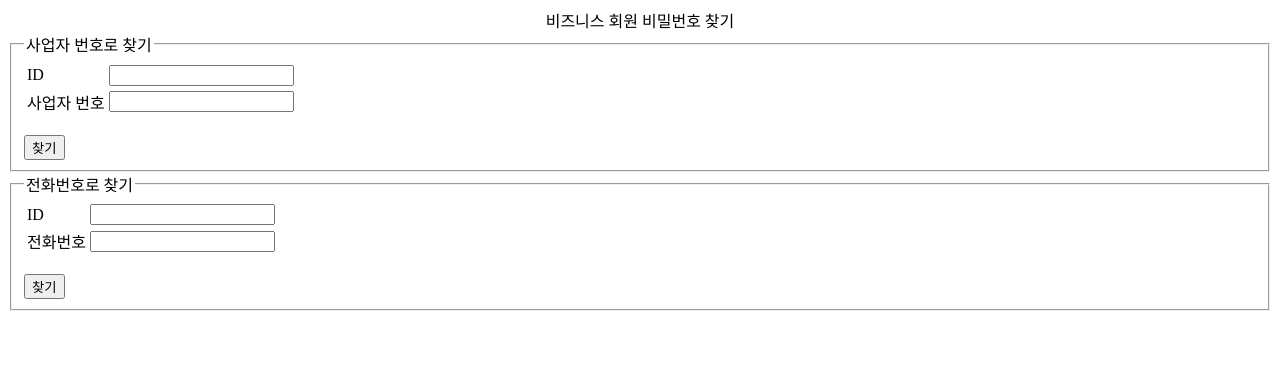
Repository: chmyj2/Team2_Final-project
Page: http://localhost/FinalProject/WEB-INF/views/2Team/t2login/t2_businessFindPW.jsp
An editor plug-in stored every save of this project. The page is shown before and after the next save, followed by the edit.
The browser window is 1280 px wide. The pictures show the whole page.
The page is served by Tomcat 9. Nobody is signed in. The template is opened directly, without the code that normally fills it, so the values that code supplies are empty.

Above is the page before, as saved 2022-09-02 01:00:32.

After the next save:
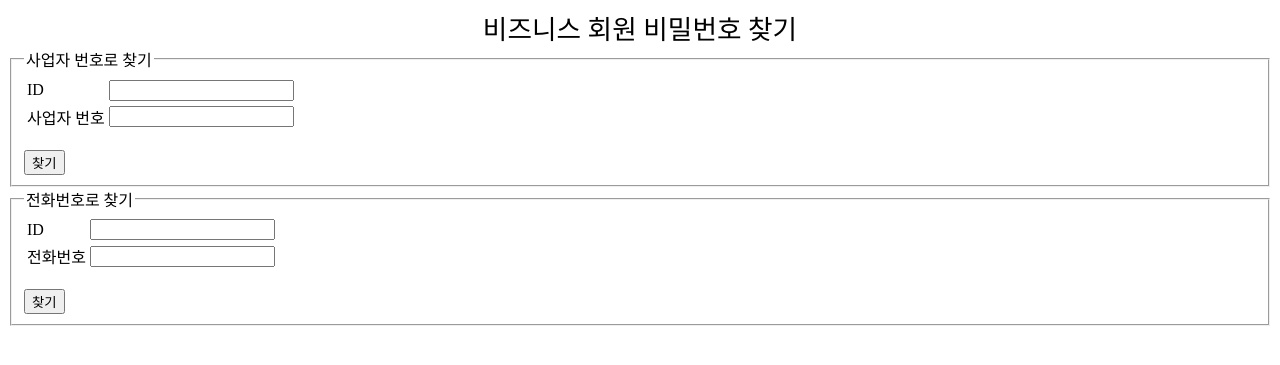
Saved 2 min 8 s later.
--- a/FinalProject/src/main/webapp/WEB-INF/views/2Team/t2login/t2_businessFindPW.jsp
+++ b/FinalProject/src/main/webapp/WEB-INF/views/2Team/t2login/t2_businessFindPW.jsp
@@ -7,7 +7,7 @@
 <title>Insert title here</title>
 </head>
 <body>
-<div style="text-align: center;">비즈니스 회원 비밀번호 찾기</div>
+<div style="text-align: center; font-size: 20pt; font-weight: 15pt;">비즈니스 회원 비밀번호 찾기</div>
 <div class="findID-outline">
 		<div class="findID-email">
 
